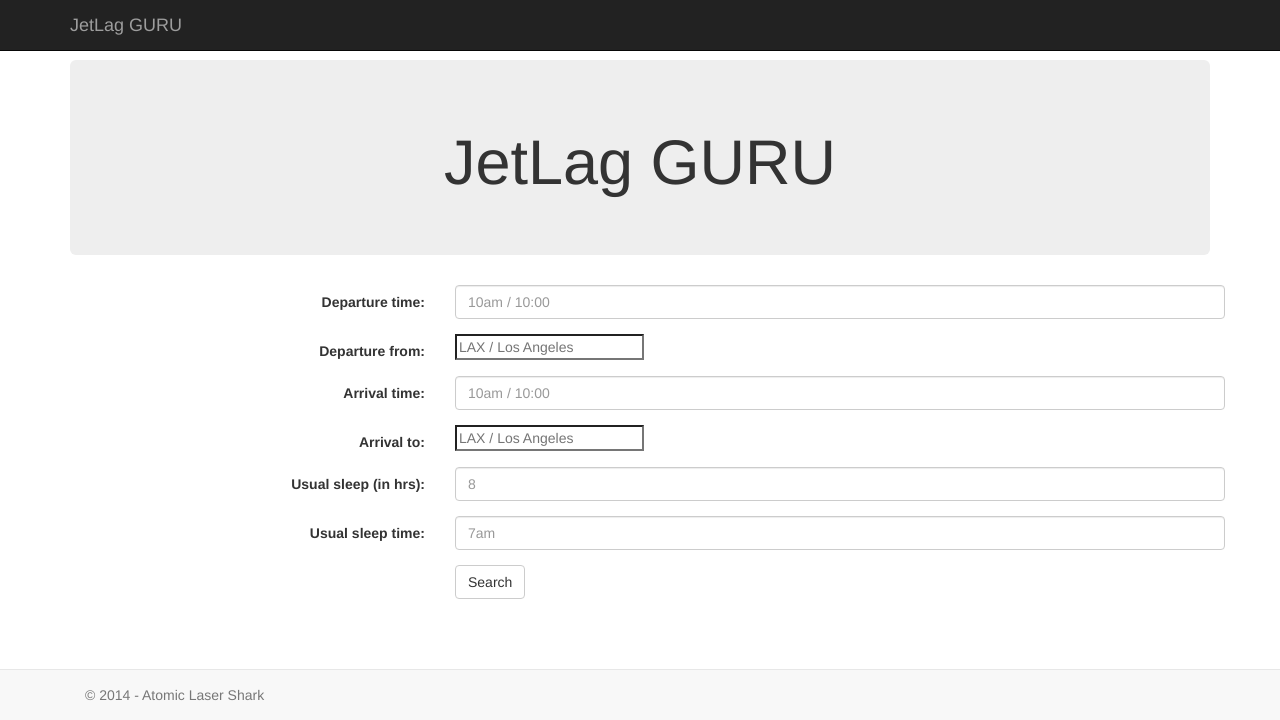
Repository: CzechHackathon2014/jetlag-guru
Page: client/index.html
The author's editor kept a record of every edit. The page is drawn from the files as they stood at one moment, then again after the next edit.
The browser window is 1280 px wide. The pictures show the whole page.

Above is the page before.

After the next edit:
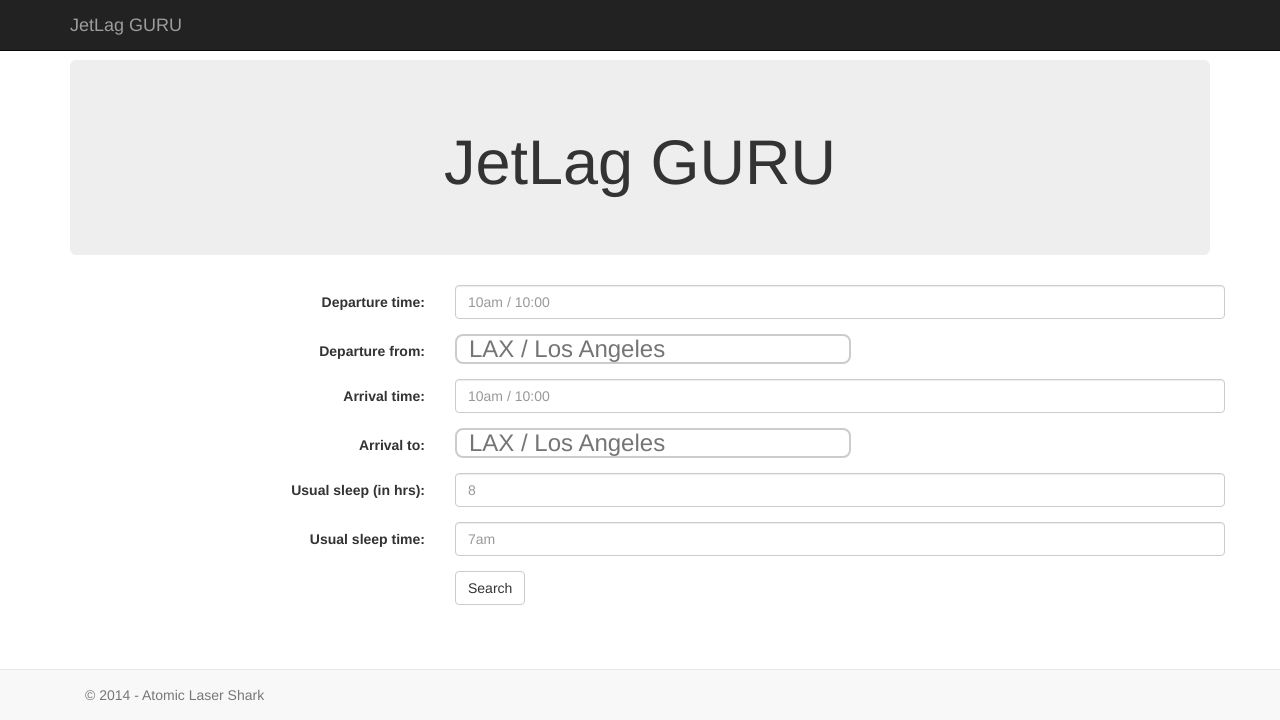
The edit:
--- a/client/css/index.css
+++ b/client/css/index.css
@@ -11,6 +11,7 @@
 }
 
 
+.tt-input,
 .tt-query,
 .tt-hint {
     width: 396px;

After the edit that followed:
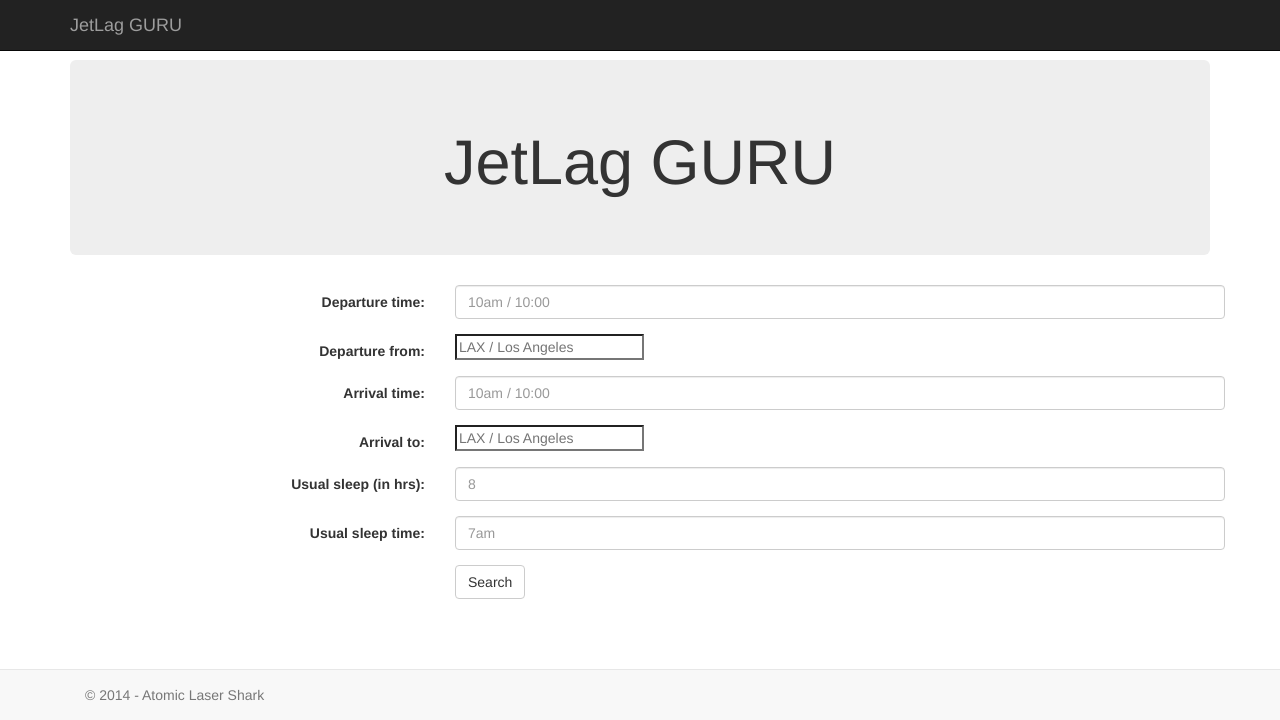
The edit:
--- a/client/css/index.css
+++ b/client/css/index.css
@@ -11,7 +11,6 @@
 }
 
 
-.tt-input,
 .tt-query,
 .tt-hint {
     width: 396px;
